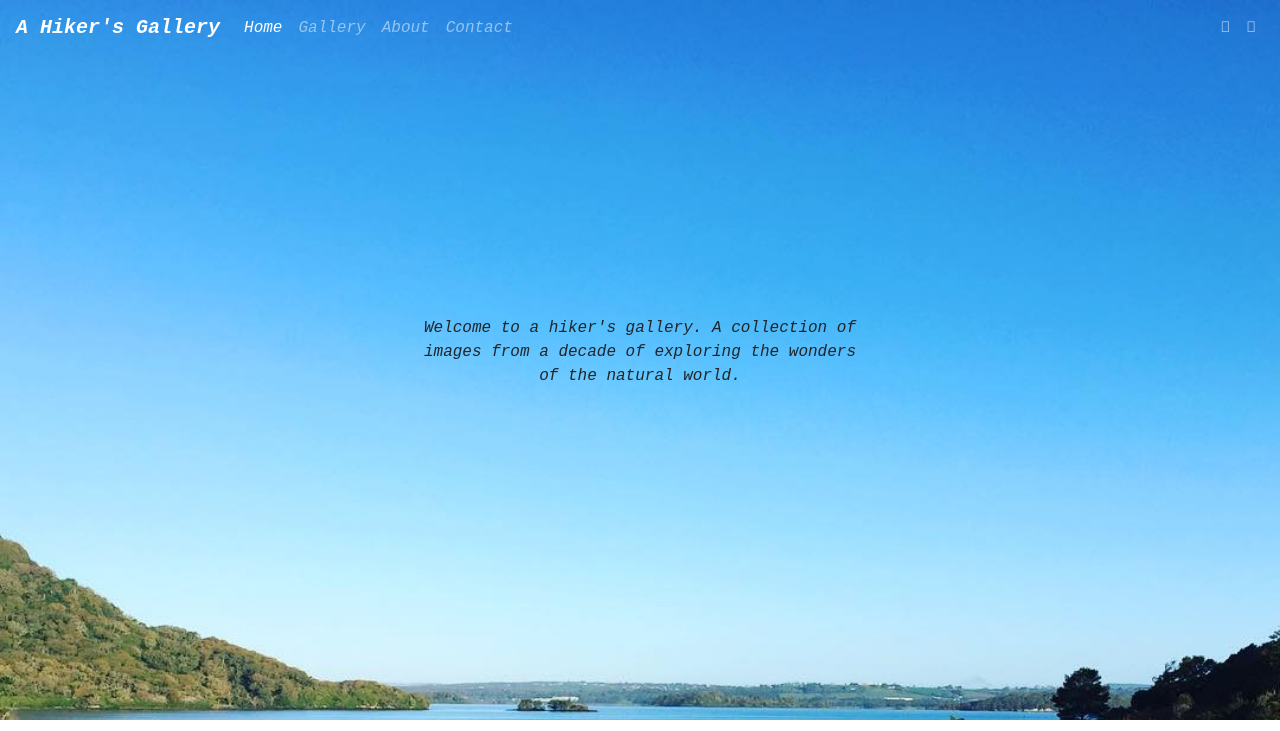
Repository: S-Perring/hiker
Page: index.html
The author's editor kept a record of every edit. The page is drawn from the files as they stood at one moment, then again after the next edit.
The browser window is 1280 px wide. The pictures show the whole page.

Above is the page before.

After the next edit:
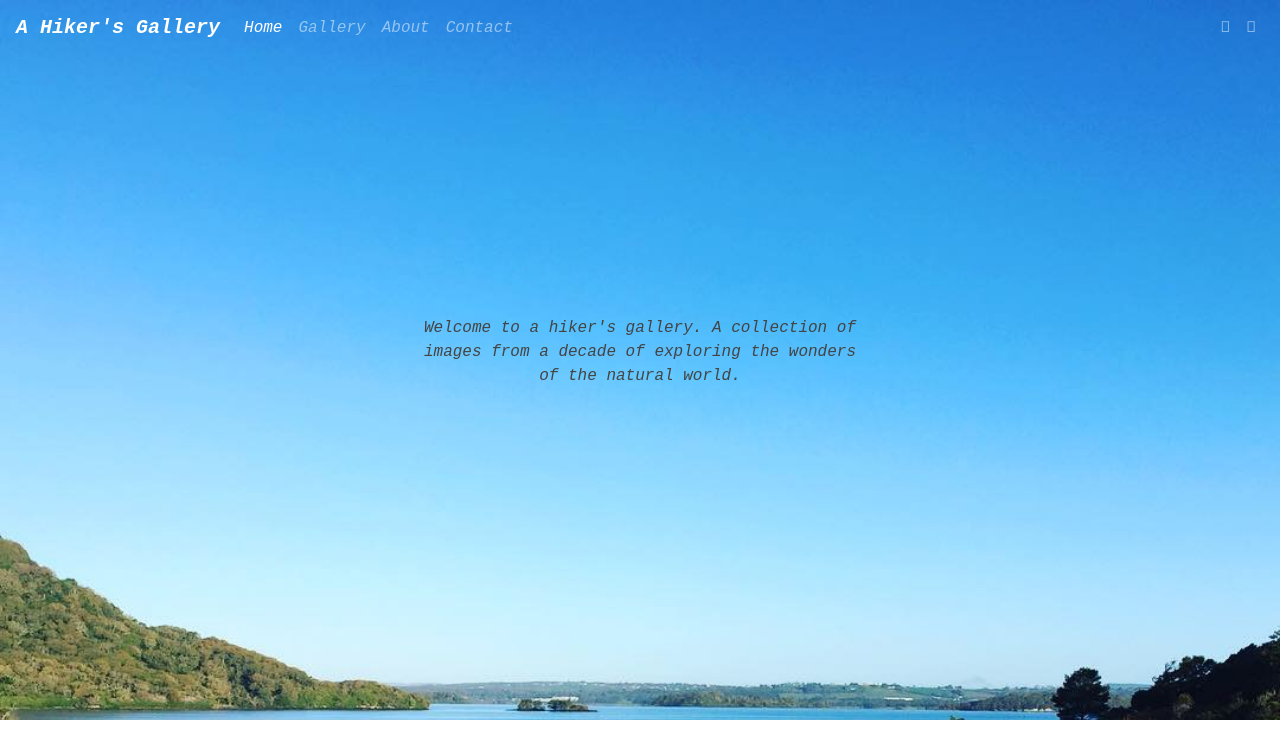
The edit:
--- a/css/style.css
+++ b/css/style.css
@@ -49,6 +49,8 @@
 
 p {
     padding: 30%;
+    color: #444;
+    font-weight: 500;
 }
 
 body {
